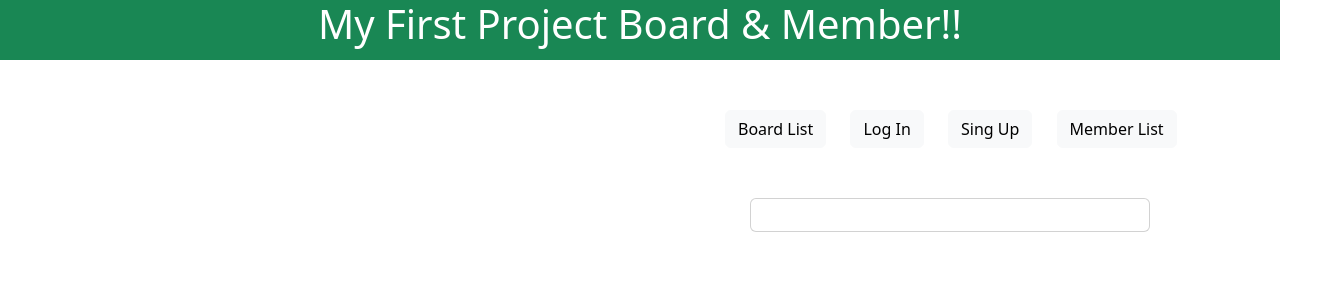
Repository: Raneechoi/java2022_09_03
Page: http://localhost/Project/mem/login_auth
An editor plug-in stored every save of this project. The page is shown before and after the next save, followed by the edit.
The browser window is 1280 px wide. The page is 1325 px wide, so the pictures cover 1325 px, including what lies to the right of the window. The pictures show the whole page.
The page is served by Tomcat 9. Queries for data that is not in the repository find no rows.

Above is the page before, as saved 2022-12-08 06:52:06.

After the next save:
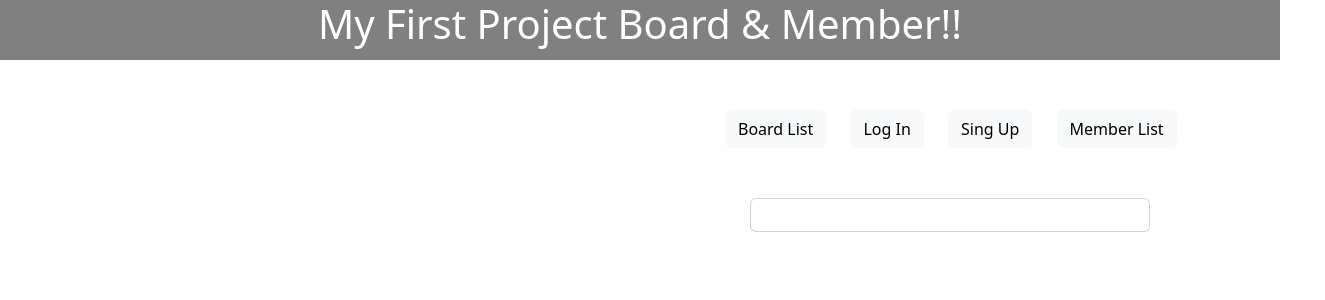
Saved 12 s later.
--- a/JSP_Board&Member/Project/src/main/webapp/index.jsp
+++ b/JSP_Board&Member/Project/src/main/webapp/index.jsp
@@ -12,7 +12,7 @@
 <script src="https://cdn.jsdelivr.net/npm/bootstrap@5.2.2/dist/js/bootstrap.bundle.min.js" integrity="sha384-OERcA2EqjJCMA+/3y+gxIOqMEjwtxJY7qPCqsdltbNJuaOe923+mo//f6V8Qbsw3" crossorigin="anonymous"></script>
 </head>
 <body>
-<div style="height: 60px; color:white; background-color: #198754;">
+<div style="height: 60px; color:white; background-color: gray;">
 	<h1 style="text-align: center;">My First Project Board & Member!!</h1>
 </div>
 
